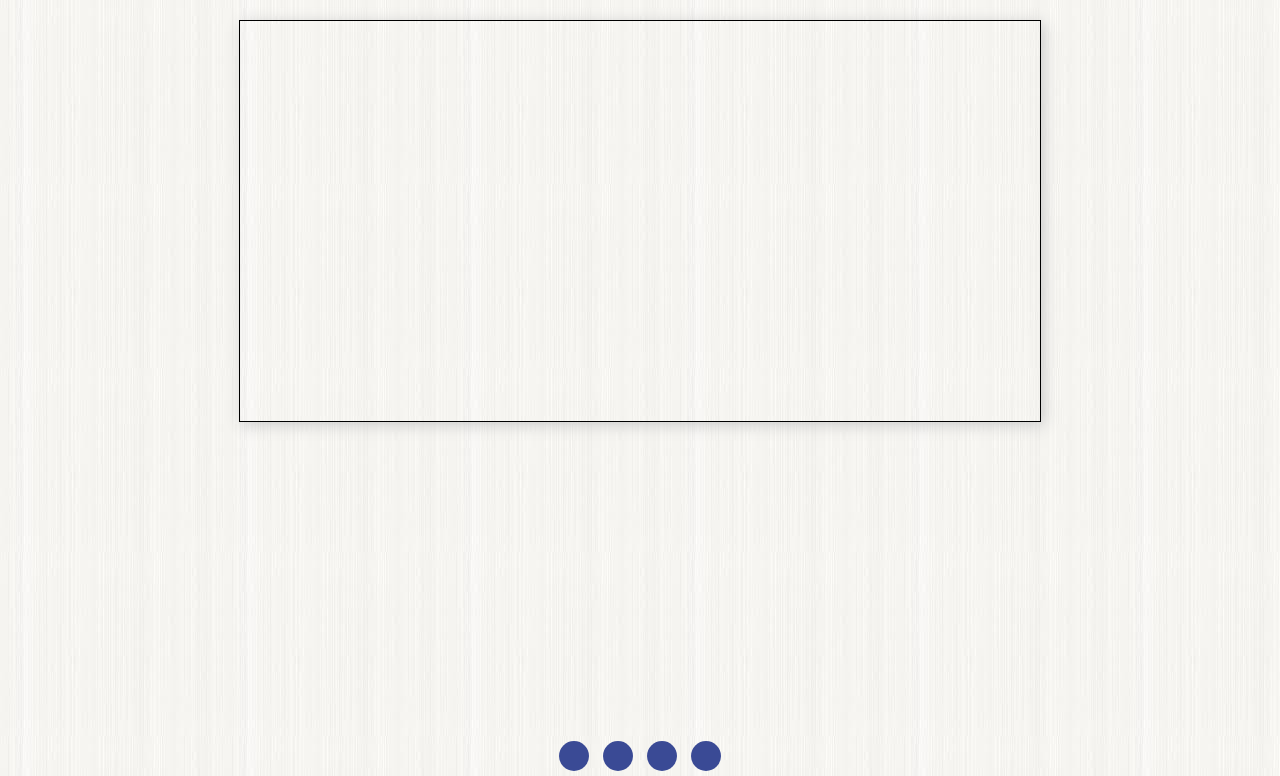
Repository: lauroPereira/study
Page: http://localhost/modules/home/home.php
The author's editor kept a copy of each file at every save. The page is drawn from the files as they stood at one save, then again after a run of saves.
The browser window is 1280 px wide. The pictures show the whole page.
The page is run by PHP 8.4 with error messages shown; the project is at /var/www/html/.

Above is the page before, as saved 2016-06-14 04:31:32.

### TrabalhoFinalWeb/modules/home/home.php
<!DOCTYPE html>
<html>
<head>
<title>Trabalho 1 de programação Web</title>
<meta charset="UTF-8">
<meta name="description" content="Site da empresa imobiliaria">
<meta name="author" content="Lauro Pereira">
<link href="../../css/style.css" rel="stylesheet">
<link href="../../css/home.css" rel="stylesheet">
<link
	href="http://fonts.googleapis.com/css?family=Open+Sans&subset=latin,latin-ext"
	rel='stylesheet' type='text/css'>
</head>
<body>
	<div id="carousel">
		<div class="tag"></div>
		<div class="tag"></div>
		<div class="tag"></div>
		<div class="tag"></div>
	</div>
</body>
<script src="../../js/script.js" lang'="text/javascript"></script>
</html>

### TrabalhoFinalWeb/css/style.css
body{
    background-image: url("../img/background.jpg");
}
*{
    font-family: 'Open Sans', sans-serif;
}

input, textarea{
    background-color: #EFEFFF;
}
.central{
    width: 70%;
    margin: 0 auto;
}

.comFundo{
    position: relative;
    background-color: rgba(58, 74, 149, 0.5);
    border-radius: 10px;
    z-index: 1;
}

h2{
    margin-top: 5em;
}
#barraSup{
    text-align: right;
    padding-right: 3em;
    background-image: linear-gradient( to top right, #CCC 5%, #3A4A95 95%);
    margin-top:-0.5em;
    padding-bottom: 0.5em;
    padding-top: 0.7em;
}

#barraSup{
    color: #D8D8D8;
}

#barraSup a:hover{
    color: orangered;
    text-decoration: none;
}
#logo{
    text-align: left;
    background-color: #fafafa;
    padding-left: 20px;
}

#logo > div > img[alt=logotipo]{
    display: inline-block;
    float: left;
    margin-top: 8px;
}

#meio{
    margin-top: -0.5em;
    float: right;
    display: inline-block;
    width: 900px;
    text-align: right;
}

#carrinho {
    vertical-align: top;
    display: inline-block;
}

#carrinho > a > img[alt~=carrinho]{
    margin-right: 2em;
    max-width: 30px;
}

#carrinho > pre{
    margin: 0 1em 0 0;
}

#logo + hr {
    margin-top: 0;
}

#busca {
    color: #D8D8D8;
    display: inline-block;
    background-image: linear-gradient( to top left, #3A4A95 10%, #CCC 98%);
    padding: 0.5em 1em 1em 1em;
    border-radius: 0 0 20px 5px;
}
#busca button{
    padding: 1px;
    text-align: center;
}
#busca button img{
    width: 15px;
    height: 15px;
}
ul{
   display: inline-block;
   vertical-align: bottom;
}
ul li{
    display: inline;
}

ul li a{
    text-decoration: none;
    color: #3A4A95;
    font-size: 18px;
    font-weight: bolder;
    margin-bottom: 1em;
    padding: 10px;
}

ul li a:hover{
    font-style: italic;
    text-decoration: none;
    color: orangered;
}

#destaques{
    margin-top: 50px;
}

#destaques h2{
    margin-bottom: 0px;
}

#tipoProd{
    margin-top: 0px;
}

#destaques img[alt^=produto] {
    margin-top: 20px;
    max-width: 100%;
}

.produto{
    display: inline-block;
    width: 20%;
    padding: 1%;
    margin: 6% 1% 0 1%;
}
.produto > pre{
    text-align: center;
}
.add{
    background-color: rgba(255,255,255, 0.6);
    border-radius: 10px;
    padding: 3px;
    position: absolute;
    z-index: 2;
    width: 40px;
    float: right;
}
.formulario{
    margin: 0 auto;
    padding: 20px;
    text-align: center;
    width: 50%;
}

.formulario div{
    line-height: 220%;
    text-align: left;
    display: inline-block;
    vertical-align: top;
}

.formulario input[type^=submit]{
    margin-left:1em;

}

.formulario input[type^=submit]{
    float: right;
    margin-top: 0.5em;
}


#rodape{
    margin-top: 2em;
    color: #888;
    padding: 2em 0 2em 0;
    background-color: #DDD;
}

#rodape div a{
    color: #888;
    font-weight: lighter;
}

#rodape div{
    position: relative;
    font-family: sans-serif;
    font-size: 14px;
}

#rodape div img{
    position: absolute;
    right: 0;
    top: -1.3em;
    height: 6em;
}

#descProduto label{
    font-weight: bold;
}

table{
    background-color: rgba(58, 74, 149, 0.5);
    padding: 2px;
    border: 2px dashed #3A4A95;
    text-align: center;
    table-layout: auto;
}

table + input{
    width: 10%;
    margin-left: 40%;
    margin-top: 10px;
    text-align: center;
}

#total{
    font-weight: bolder;
}

#conteudo{
	min-height:240px;
	width:95%;
	margin: 0 auto;
	margin-top:60px;
}

### TrabalhoFinalWeb/css/home.css
#carousel{
	box-shadow: 3px 3px 15px #ccc;
	border: 1px solid black;
	height:400px;
	width:800px;
	margin: 0 auto;
	margin-top: 20px;
	text-align: center;
	vertical-align: bottom;
}

#carousel div{
	height: 30px;
	width: 30px;
	border-radius: 50%;
	background-color: #3A4A95;
	display: inline-block;
	margin: 0 auto;
	margin-top: 90%;
}

#carousel > div ~ div{
	margin-left: 10px;
}

Loaded but not shown: TrabalhoFinalWeb/js/script.js (no copy from this time; the picture is the same without it)

After the next 2 saves:
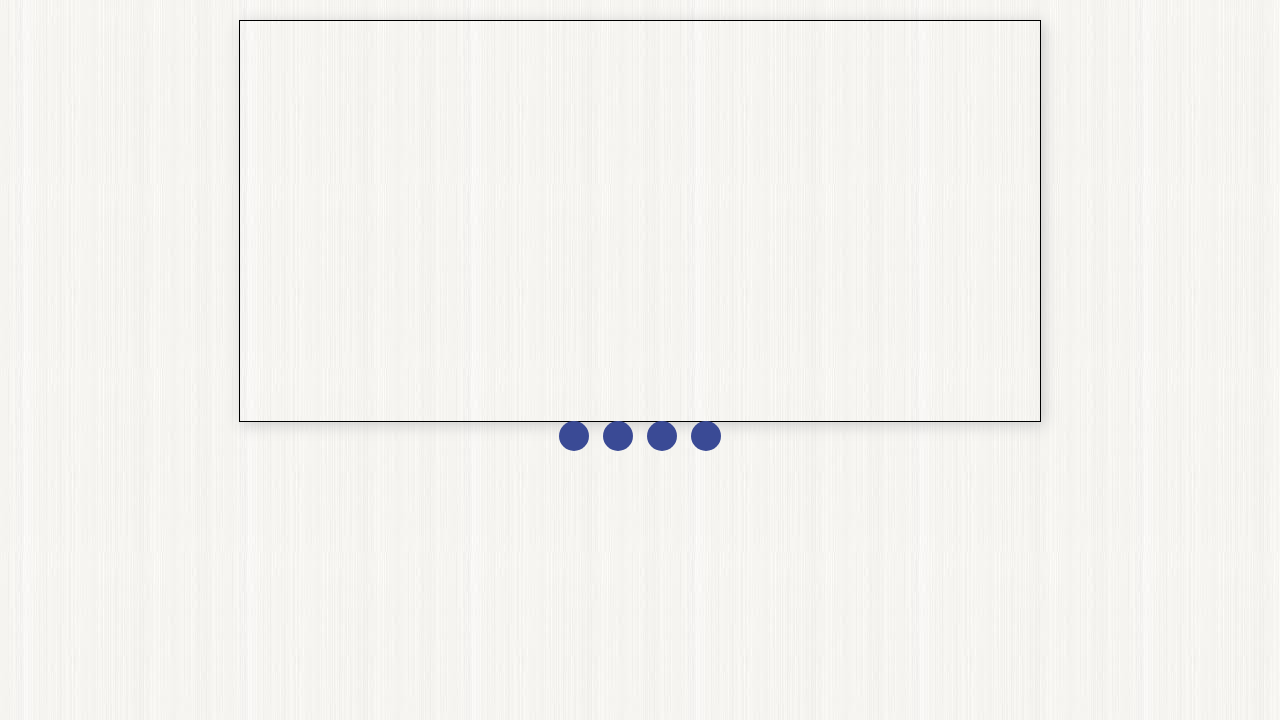
The 2 saves are shown as one change because they came seconds apart.
The last was saved 7 s later.
--- a/TrabalhoFinalWeb/css/home.css
+++ b/TrabalhoFinalWeb/css/home.css
@@ -16,7 +16,7 @@
 	background-color: #3A4A95;
 	display: inline-block;
 	margin: 0 auto;
-	margin-top: 90%;
+	margin-top: 50%;
 }
 
 #carousel > div ~ div{
